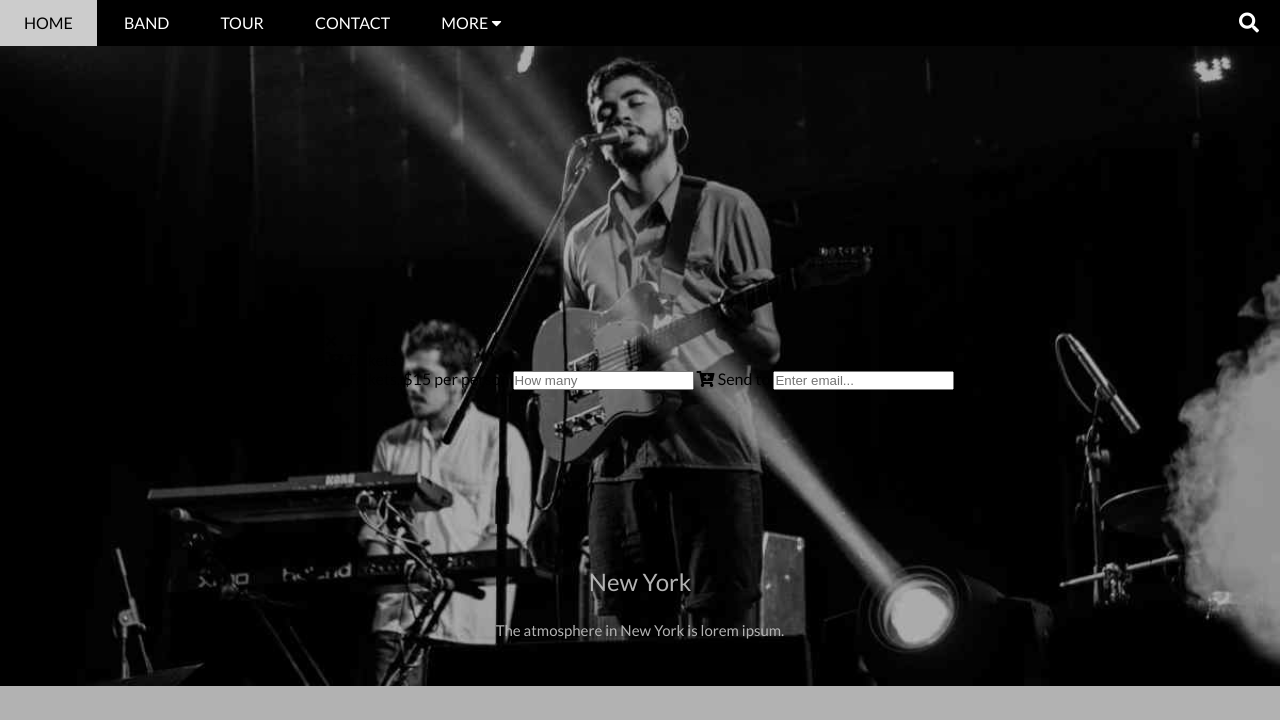
Repository: phunobi1807/theband
Page: index.html
An editor plug-in stored every save of this project. The page is shown before and after the next save, followed by the edit.
The browser window is 1280 px wide. The pictures show the window.
A layer covers the whole window, so only the first screen is drawn.

Above is the page before, as saved 2021-07-16 19:42:08.

After the next save:
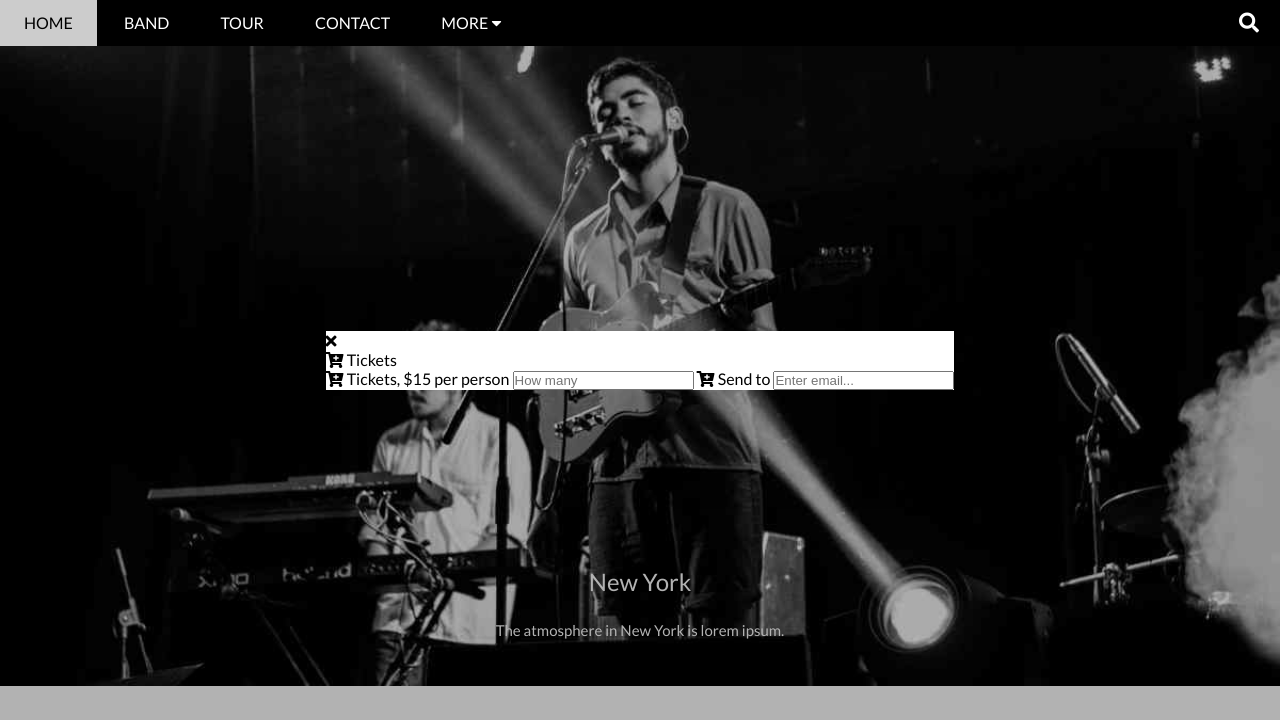
Saved 31 s later.
--- a/assets/css/style.css
+++ b/assets/css/style.css
@@ -329,5 +329,5 @@ margin-left: 16px;
  }
 .modal-container
 {
-
-}
+    background: #fff;
+}
